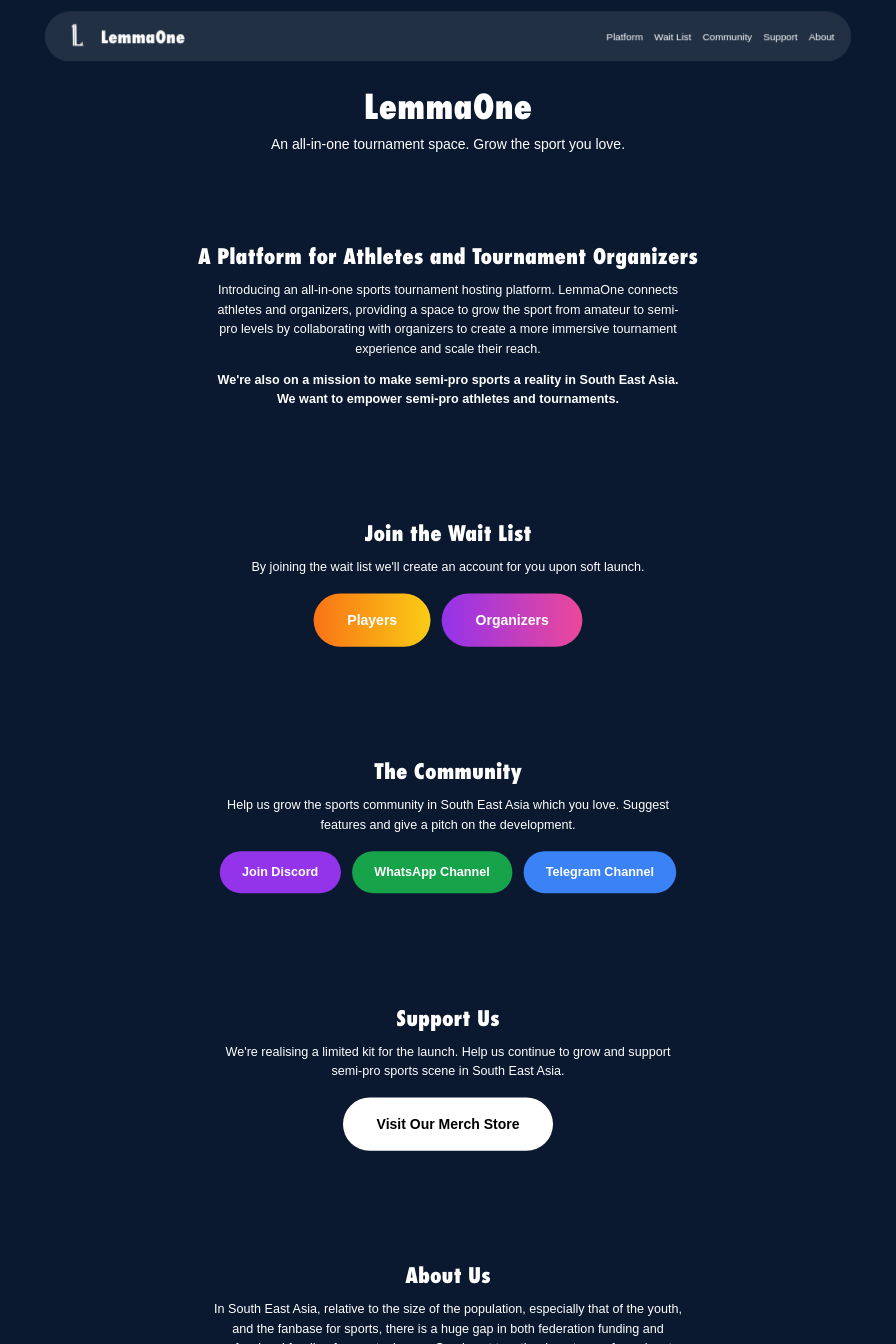
Repository: yao-creative/lemma-one-launch
Page: /
These files come from the project's save history. The page is drawn as it stood at one moment and after a run of saves; the edit follows.
The browser window is 1280 px wide. The pictures show the part of the page from y = 0 to 1920 px (the page is 3036 px tall), at 70% of full size.
Some web fonts or font styles are not loaded; a fallback is used. The project was rebuilt for these pictures with package versions that can differ from the ones it lists, and the page was loaded fresh each time. The framework's server and built-in components were replaced by stand-ins that run in the browser. Also part of the build but not shown: next.config.js, next.config.mjs, app/components/WaitListForm.tsx.

Above is the page before, as saved 2024-09-29 11:36:16.

### app/layout.tsx
import type { Metadata } from "next";
import localFont from "next/font/local";
import "./globals.css";

const geistSans = localFont({
  src: "./fonts/GeistVF.woff2",
  variable: "--font-geist-sans",
});

const geistMono = localFont({
  src: "./fonts/GeistMonoVF.woff2",
  variable: "--font-geist-mono",
});

const nikeFont = localFont({
  src: "./fonts/Futura-Condensed-Extra-Bold.otf",
  variable: "--font-nike",
});

export const metadata: Metadata = {
  title: "LemmaOne",
  description: "A space for semi-pro athletes. Growing the sport we love.",
};

export default function RootLayout({
  children,
}: Readonly<{
  children: React.ReactNode;
}>) {
  return (
    <html lang="en">
      <body className={`${geistSans.variable} ${geistMono.variable} ${nikeFont.variable} font-sans`}>
        {children}
      </body>
    </html>
  );
}

### app/page.tsx
'use client';

import { useRef, useState } from 'react';
import Image from 'next/image';
import { signUpWithGoogle, signUpWithFacebook, signUpWithPhone } from './lib/auth';
import { ApplicationVerifier } from 'firebase/auth';
import WaitListForm from './components/WaitListForm';
import FAQSection from './components/FAQSection';
import AboutSection from './components/AboutSection';

export default function Home() {
  const [menuOpen, setMenuOpen] = useState(false);
  const platformRef = useRef<HTMLElement>(null);
  const waitListRef = useRef<HTMLElement>(null);
  const communityRef = useRef<HTMLElement>(null);
  const supportRef = useRef<HTMLElement>(null);
  const aboutRef = useRef<HTMLElement>(null);
  const faqRef = useRef<HTMLElement>(null);

  const scrollToSection = (ref: React.RefObject<HTMLElement>) => {
    ref.current?.scrollIntoView({ behavior: 'smooth' });
    setMenuOpen(false);
  };

  const [openFAQ, setOpenFAQ] = useState<number | null>(null);

  const toggleFAQ = (index: number) => {
    setOpenFAQ(openFAQ === index ? null : index);
  };

  const faqs = [
    {
      question: "Why LemmaOne?",
      answer: "A Lemma is a term in mathematics for an intermediate result or tool to prove a theorem. We are creating LemmaOne to prove that semi-pro sports is possible in South East Asia."
    },
    {
      question: "When are we planning to launch?",
      answer: "We plan on launching end of October or sometime in November with initial features and then add more features as we grow."
    },
    {
      question: "How can I join the wait list?",
      answer: "You can join the wait list by clicking on either the 'Players' or 'Organizers' button in the 'Join the Wait List' section and filling the form. We'll create an account for you upon soft launch."
    },
    {
      question: "What sports do you intend to add?",
      answer: "Currently Badminton, Volleyball, Basketball, Football, and Futsal, but we're open to suggestions"
    },
    {
      question: "What Features do we intend to add?",
      answer: "We're currently building a platform for sports hosting, but would like to grow into an interactive community to help build local tournaments to create a more immersive tournament experience, broaden their reach, and find new monetization methods. This way we can help grow a sustainable semi-pro sports community in South East Asia. "
    },
    {
      question: "Feature Suggestions?",
      answer: "We're always looking for new ideas an feature improvements. Join the Discord to build a community with us."
    },
    {
      question: "Have something to contribute?",
      answer: (
        <div className="flex flex-col items-center">
          <p>We're always looking for passionate web developers, designers, people with ideas, and passionate athletes to grow the community. You can contact us through our email or team member linkedin pages.</p>
          <a href="mailto:yytanwork@gmail.com" className="mt-2">
            <Image src="/icons/email.svg" alt="Email" width={24} height={24} />
          </a>
        </div>
      ),
    }

  ];

  const [showPlayerForm, setShowPlayerForm] = useState(false);
  const [showOrganizerForm, setShowOrganizerForm] = useState(false);
  const [formData, setFormData] = useState({
    name: '',
    sports: [] as string[],
    otherSports: [] as string[], // Changed from otherSport to otherSports
    interestLevel: '',
    features: '',
    interestedFeatures: [] as string[],
  });

  const handleInputChange = (e: React.ChangeEvent<HTMLInputElement | HTMLSelectElement | HTMLTextAreaElement>) => {
    const { name, value, type } = e.target;

    if (type === 'select-multiple') {
      const select = e.target as HTMLSelectElement;
      const selectedOptions = Array.from(select.selectedOptions).map(option => option.value);
      setFormData(prevData => ({
        ...prevData,
        [name]: selectedOptions,
      }));
    } else {
      setFormData(prevData => ({
        ...prevData,
        [name]: value,
      }));
    }
  };


  const toggleForm = (formType: 'player' | 'organizer') => {
    if (formType === 'player') {
      setShowPlayerForm(true);
      setShowOrganizerForm(false);
    } else {
      setShowPlayerForm(false);
      setShowOrganizerForm(true);
    }
    // Don't reset form data when switching between forms
  };

  const handleSubmit = (e: React.FormEvent<HTMLFormElement>) => {
    e.preventDefault();
    // Here you would handle the form submission, including OAuth authentication
    console.log('Form submitted:', formData);
    // Reset form and hide it after submission
    setFormData({ name: '', sports: [], otherSports: [], interestLevel: '', features: '', interestedFeatures: [] });
    setShowPlayerForm(false);
    setShowOrganizerForm(false);
  };

  const handleSignUp = async (method: 'google' | 'facebook' | 'phone') => {
    try {
      let user;
      switch (method) {
        case 'google':
          user = await signUpWithGoogle(formData);
          break;
        case 'facebook':
          user = await signUpWithFacebook(formData);
          break;
        case 'phone':
          // You'll need to implement a way to get the phone number and set up the ApplicationVerifier
          const phoneNumber = '+1234567890'; // Replace with actual phone number input
          const appVerifier = {} as ApplicationVerifier; // Replace with actual ApplicationVerifier
          user = await signUpWithPhone(phoneNumber, appVerifier, formData);
          break;
      }
      console.log('User signed up:', user);
      // Handle successful sign-up (e.g., show a success message, redirect, etc.)
    } catch (error) {
      console.error('Error signing up:', error);
      // Handle sign-up error (e.g., show an error message)
    }
  };

  return (
    <div className="min-h-screen bg-darkBlue text-white relative overflow-hidden">
      {/* Background layer with glass morphism effect */}
      <div className="absolute inset-0 overflow-hidden">
        <div className="glassmorphism-bg"></div>
      </div>

      <nav className="fixed top-0 left-0 right-0 z-50">
        <div className="mx-auto max-w-6xl mt-4 px-6 py-3 bg-white/10 backdrop-blur-md rounded-full flex justify-between items-center">
          <div className="flex items-center space-x-2">
            <Image src="/logo192.png" alt="LemmaOne Logo" width={48} height={40} />
            <h1 className="text-2xl font-bold font-nike">LemmaOne</h1>
          </div>
          <div className="hidden md:flex space-x-4 items-center">
            <button onClick={() => scrollToSection(platformRef)} className="text-sm hover:text-gray-300">Platform</button>
            <button onClick={() => scrollToSection(waitListRef)} className="text-sm hover:text-gray-300">Wait List</button>
            <button onClick={() => scrollToSection(communityRef)} className="text-sm hover:text-gray-300">Community</button>
            <button onClick={() => scrollToSection(supportRef)} className="text-sm hover:text-gray-300">Support</button>
            <button onClick={() => scrollToSection(aboutRef)} className="text-sm hover:text-gray-300">About</button>
          </div>
          <button onClick={() => setMenuOpen(!menuOpen)} className="md:hidden">
            <svg className="w-6 h-6" fill="none" stroke="currentColor" viewBox="0 0 24 24" xmlns="http://www.w3.org/2000/svg">
              <path strokeLinecap="round" strokeLinejoin="round" strokeWidth={2} d="M4 6h16M4 12h16M4 18h16" />
            </svg>
          </button>
        </div>
        {menuOpen && (
          <div className="md:hidden absolute top-full left-0 right-0 bg-black/90 backdrop-blur-md py-4">
            <button onClick={() => scrollToSection(platformRef)} className="block w-full text-left px-6 py-2 hover:bg-white/10">Platform</button>
            <button onClick={() => scrollToSection(waitListRef)} className="block w-full text-left px-6 py-2 hover:bg-white/10">Join Wait List</button>
            <button onClick={() => scrollToSection(communityRef)} className="block w-full text-left px-6 py-2 hover:bg-white/10">Community</button>
            <button onClick={() => scrollToSection(supportRef)} className="block w-full text-left px-6 py-2 hover:bg-white/10">Support</button>
            <button onClick={() => scrollToSection(aboutRef)} className="block w-full text-left px-6 py-2 hover:bg-white/10">About</button>
          </div>
        )}
      </nav>

      <main className="relative z-10 flex min-h-screen flex-col items-center justify-between p-4 md:p-24 space-y-16 md:space-y-24 pt-24 md:pt-32">
        <section className="text-center flex flex-col items-center title-section">
          <h2 className="text-4xl md:text-5xl font-bold font-nike mb-4">LemmaOne</h2>
          <p className="text-lg md:text-xl max-w-2xl">An all-in-one tournament space. Grow the sport you love.</p>
        </section>

        <section ref={platformRef} className="text-center flex flex-col items-center justify-center w-full max-w-4xl section-glass rounded-3xl p-8 my-16">
          <h3 className="text-2xl md:text-3xl font-semibold font-nike mb-4">A Platform for Athletes and Tournament Organizers</h3>
          <p className="text-base md:text-lg max-w-2xl mb-4">
            Introducing an all-in-one sports tournament hosting platform. LemmaOne connects athletes and organizers, providing a space to grow the sport from amateur to semi-pro levels by collaborating with organizers to create a more immersive tournament experience and scale their reach.
          </p>
          <p className="text-base md:text-lg max-w-2xl font-bold">
            We're also on a mission to make semi-pro sports a reality in South East Asia. We want to empower semi-pro athletes and tournaments.
          </p>
        </section>

        <section ref={waitListRef} className="text-center flex flex-col items-center justify-center w-full max-w-4xl section-glass rounded-3xl p-8 my-16">
          <h3 className="text-2xl md:text-3xl font-semibold font-nike mb-4">Join the Wait List</h3>
          <p className="text-base md:text-lg mb-6 max-w-2xl">
            By joining the wait list we'll create an account for you upon soft launch.
          </p>
          <div className="flex flex-col md:flex-row justify-center space-y-4 md:space-y-0 md:space-x-4">
            <button
              onClick={() => toggleForm('player')}
              className={`px-12 py-6 rounded-full text-xl font-semibold text-white transition-all duration-300 animate-pulse-subtle ${
                showPlayerForm ? 'bg-gradient-to-r from-orange-600 to-yellow-500' : 'bg-gradient-to-r from-orange-500 to-yellow-400 hover:from-orange-600 hover:to-yellow-500'
              }`}
            >
              Players
            </button>
            <button
              onClick={() => toggleForm('organizer')}
              className={`px-12 py-6 rounded-full text-xl font-semibold text-white transition-all duration-300 animate-pulse-subtle ${
                showOrganizerForm ? 'bg-gradient-to-r from-purple-700 to-pink-600' : 'bg-gradient-to-r from-purple-600 to-pink-500 hover:from-purple-700 hover:to-pink-600'
              }`}
            >
              Organizers
            </button>
          </div>

          {(showPlayerForm || showOrganizerForm) && (
            <WaitListForm
              formData={formData}
              setFormData={setFormData}
              handleInputChange={handleInputChange}
              handleSubmit={handleSubmit}
              handleSignUp={handleSignUp}
              showPlayerForm={showPlayerForm}
            />
          )}
        </section>

        <section ref={communityRef} className="text-center flex flex-col items-center justify-center w-full max-w-4xl section-glass rounded-3xl p-8 my-16">
          <h3 className="text-2xl md:text-3xl font-semibold font-nike mb-4">The Community</h3>
          <p className="text-base md:text-lg mb-6 max-w-2xl">
            Help us grow the sports community in South East Asia which you love. Suggest features and give a pitch on the development.
          </p>
          <div className="flex flex-wrap justify-center gap-4">
            <a href="https://discord.gg/q8RxTuKQXV" className="inline-block px-8 py-4 rounded-full text-lg bg-purple-600 text-white font-semibold hover:bg-purple-700 transition-colors duration-300 neon-button-purple">
              Join Discord
            </a>
            <a href="#" className="inline-block px-8 py-4 rounded-full text-lg bg-green-600 text-white font-semibold hover:bg-green-700 transition-colors duration-300 neon-button-green">
              WhatsApp Channel
            </a>
            <a href="#" className="inline-block px-8 py-4 rounded-full text-lg bg-blue-500 text-white font-semibold hover:bg-blue-600 transition-colors duration-300 neon-button-blue">
              Telegram Channel
            </a>
          </div>
        </section>

        <section ref={supportRef} className="text-center flex flex-col items-center justify-center w-full max-w-4xl section-glass rounded-3xl p-8 my-16">
          <h3 className="text-2xl md:text-3xl font-semibold font-nike mb-4">Support Us</h3>
          <p className="text-base md:text-lg mb-6 max-w-2xl">
            We're realising a limited kit for the launch. Help us continue to grow and support semi-pro sports scene in South East Asia.
          </p>
          <a href="#" className="inline-block px-12 py-6 rounded-full text-xl bg-white text-black font-semibold hover:bg-gray-200 transition-colors duration-300">
            Visit Our Merch Store
          </a>
        </section>

        <AboutSection />
        <FAQSection faqs={faqs} />
      </main>
    </div>
  );
}

### app/globals.css
@tailwind base;
@tailwind components;
@tailwind utilities;

:root {
  --background: #000000;
  --foreground: #ffffff;
}

@media (prefers-color-scheme: dark) {
  :root {
    --background: #0a0a0a;
    --foreground: #ededed;
  }
}

body {
  color: var(--foreground);
  background: var(--background);
}

/* Keep the rest of your custom CSS as is */

### app/lib/auth.ts
import { auth, db } from './firebase';
import { signInWithPopup, GoogleAuthProvider, FacebookAuthProvider, PhoneAuthProvider, signInWithPhoneNumber, ApplicationVerifier } from 'firebase/auth';
import { doc, setDoc } from 'firebase/firestore';

export async function signUpWithGoogle(formData: any) {
  const provider = new GoogleAuthProvider();
  try {
    const result = await signInWithPopup(auth, provider);
    await setDoc(doc(db, 'users', result.user.uid), {
      ...formData,
      email: result.user.email,
      authProvider: 'google',
    });
    return result.user;
  } catch (error) {
    console.error('Error signing up with Google:', error);
    throw error;
  }
}

export async function signUpWithFacebook(formData: any) {
  const provider = new FacebookAuthProvider();
  try {
    const result = await signInWithPopup(auth, provider);
    await setDoc(doc(db, 'users', result.user.uid), {
      ...formData,
      email: result.user.email,
      authProvider: 'facebook',
    });
    return result.user;
  } catch (error) {
    console.error('Error signing up with Facebook:', error);
    throw error;
  }
}

export async function signUpWithPhone(phoneNumber: string, appVerifier: ApplicationVerifier, formData: any) {
  try {
    const confirmationResult = await signInWithPhoneNumber(auth, phoneNumber, appVerifier);
    // You'll need to implement a way to get the verification code from the user
    // For this example, we'll assume you have a way to get the code
    const verificationCode = await getVerificationCodeFromUser();
    const result = await confirmationResult.confirm(verificationCode);
    await setDoc(doc(db, 'users', result.user.uid), {
      ...formData,
      phoneNumber: result.user.phoneNumber,
      authProvider: 'phone',
    });
    return result.user;
  } catch (error) {
    console.error('Error signing up with phone:', error);
    throw error;
  }
}

// This function is a placeholder. You'll need to implement this based on your UI.
async function getVerificationCodeFromUser(): Promise<string> {
  // Implement your logic to get the verification code from the user
  return '123456'; // This is just a placeholder
}

### app/components/FAQSection.tsx
import React, { useState } from 'react';

interface FAQ {
  question: string;
  answer: string | JSX.Element;
}

interface FAQSectionProps {
  faqs: FAQ[];
}

const FAQSection: React.FC<FAQSectionProps> = ({ faqs }) => {
  const [openFAQ, setOpenFAQ] = useState<number | null>(null);

  const toggleFAQ = (index: number) => {
    setOpenFAQ(openFAQ === index ? null : index);
  };

  return (
    <section className="text-center flex flex-col items-center justify-center w-full max-w-4xl section-glass rounded-3xl p-8 my-16">
      <h3 className="text-2xl md:text-3xl font-semibold font-nike mb-8">Frequently Asked Questions</h3>
      <div className="w-full max-w-2xl">
        {faqs.map((faq, index) => (
          <div key={index} className="mb-4">
            <button
              className="flex justify-between items-center w-full text-left px-4 py-2 bg-gray-800 hover:bg-gray-700 transition-colors duration-300 rounded-lg"
              onClick={() => toggleFAQ(index)}
            >
              <span className="text-lg font-semibold">{faq.question}</span>
              <span className="text-2xl">{openFAQ === index ? '−' : '+'}</span>
            </button>
            {openFAQ === index && (
              <div className="mt-2 px-4 py-2 bg-gray-900 rounded-lg">
                <p className="text-base">{faq.answer}</p>
              </div>
            )}
          </div>
        ))}
      </div>
    </section>
  );
};

export default FAQSection;

### app/components/AboutSection.tsx
import React from 'react';
import Image from 'next/image';

const AboutSection: React.FC = () => {
  return (
    <section className="text-center flex flex-col items-center justify-center w-full max-w-4xl section-glass rounded-3xl p-8 my-16">
      <h3 className="text-2xl md:text-3xl font-semibold font-nike mb-4">About Us</h3>
      <p className="text-base md:text-lg max-w-2xl mb-8">
        In South East Asia, relative to the size of the population, especially that of the youth, and the fanbase for sports, there is a huge gap in both federation funding and professional funding for sports. LemmaOne is put together by a team of passionate athletes who want to build a community and a possibility for the next generation to realize their dreams in competitive sports.
      </p>
      <div className="flex flex-col items-center w-full">
        <h3 className="text-xl font-semibold mb-4 text-center">Yao</h3>
        <div className="flex flex-col md:flex-row items-center md:items-start gap-4">
          <div className="relative w-28 h-28 flex-shrink-0 mb-4 md:mb-0">
            <Image
              src="/about/profile.jpg"
              alt="Yao"
              layout="fill"
              objectFit="cover"
              className="rounded-full"
            />
          </div>
          <p className="text-sm opacity-70 text-center md:text-left md:pr-4 max-w-prose">
            Hi my name is Yao. I've been playing volleyball competitively since I was 14. I've competed in the largest national tournament when I was 17. After that, the notion of going pro for sports was almost non-existent in my country. I took a gamble and went abroad for a gap year. I ended up majoring in mathematics and computer science in university and, five years later, I'm back in this corner of the world to build things.
          </p>
        </div>
        <div className="flex flex-row items-center justify-center mt-4">
          <a href="https://www.linkedin.com/in/yi-yao-tan-9719301a3/" className="flex items-center mx-2">
            <Image src="/icons/linkedin.svg" alt="LinkedIn" width={24} height={24} className="hover:opacity-80" />
          </a>
          <a href="mailto:yytanwork@gmail.com" className="flex items-center mx-2">
            <Image src="/icons/email.svg" alt="Email" width={24} height={24} className="hover:opacity-80" />
          </a>
        </div>
      </div>
    </section>
  );
};

export default AboutSection;

### app/lib/firebase.ts
import { initializeApp, getApps } from 'firebase/app';
import { getAuth } from 'firebase/auth';
import { getFirestore } from 'firebase/firestore';

const firebaseConfig = {
  apiKey: process.env.NEXT_PUBLIC_FIREBASE_API_KEY,
  authDomain: process.env.NEXT_PUBLIC_FIREBASE_AUTH_DOMAIN,
  projectId: process.env.NEXT_PUBLIC_FIREBASE_PROJECT_ID,
  storageBucket: process.env.NEXT_PUBLIC_FIREBASE_STORAGE_BUCKET,
  messagingSenderId: process.env.NEXT_PUBLIC_FIREBASE_MESSAGING_SENDER_ID,
  appId: process.env.NEXT_PUBLIC_FIREBASE_APP_ID,
  measurementId: process.env.NEXT_PUBLIC_FIREBASE_MEASUREMENT_ID,
};

// Initialize Firebase
let firebase_app = getApps().length === 0 ? initializeApp(firebaseConfig) : getApps()[0];

// Initialize Firebase services
const auth = getAuth(firebase_app);
const db = getFirestore(firebase_app);

export { firebase_app, auth, db };

Loaded but not shown: tailwind.config.js (21 lines, source omitted)

After the next 7 saves:
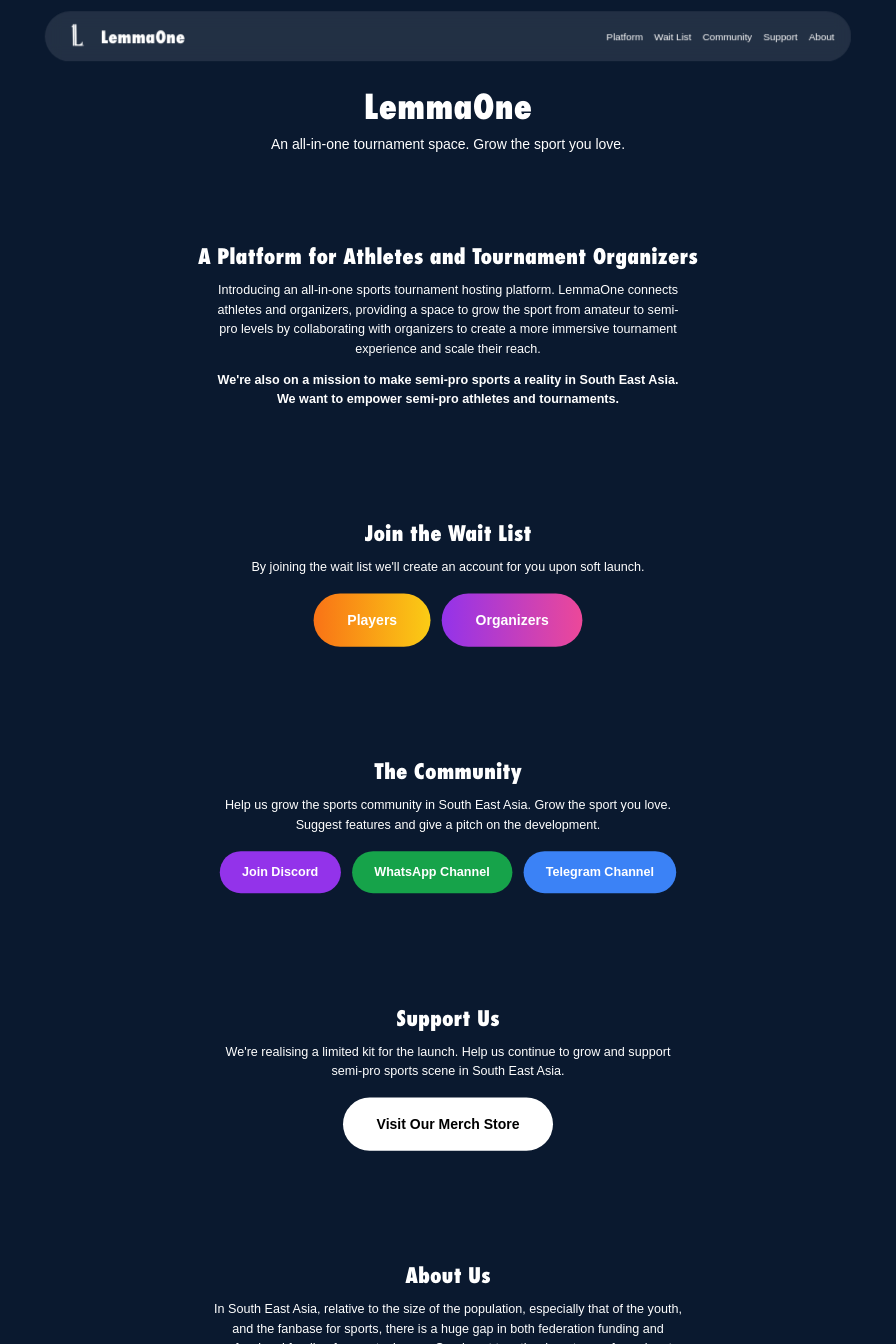
The 7 saves are shown as one change because they came seconds apart.
The last was saved 14 s later.
--- a/app/page.tsx
+++ b/app/page.tsx
@@ -235,7 +235,7 @@
         <section ref={communityRef} className="text-center flex flex-col items-center justify-center w-full max-w-4xl section-glass rounded-3xl p-8 my-16">
           <h3 className="text-2xl md:text-3xl font-semibold font-nike mb-4">The Community</h3>
           <p className="text-base md:text-lg mb-6 max-w-2xl">
-            Help us grow the sports community in South East Asia which you love. Suggest features and give a pitch on the development.
+            Help us grow the sports community in South East Asia. Grow the sport you love. Suggest features and give a pitch on the development.
           </p>
           <div className="flex flex-wrap justify-center gap-4">
             <a href="https://discord.gg/q8RxTuKQXV" className="inline-block px-8 py-4 rounded-full text-lg bg-purple-600 text-white font-semibold hover:bg-purple-700 transition-colors duration-300 neon-button-purple">
